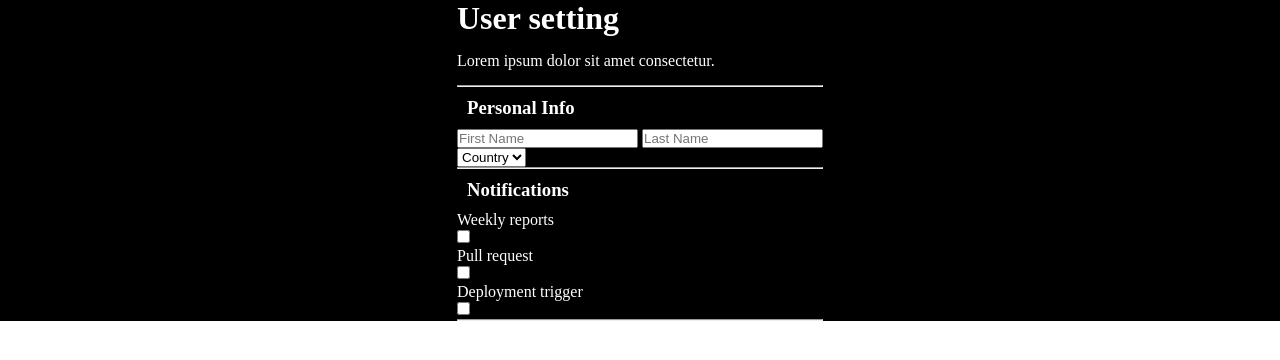
Repository: imokha01/DOM
Page: index.html
An editor plug-in stored every save of this project. The page is shown before and after the next save, followed by the edit.
The browser window is 1280 px wide. The pictures show the whole page.

Above is the page before, as saved 2023-12-19 17:19:10.

After the next save:
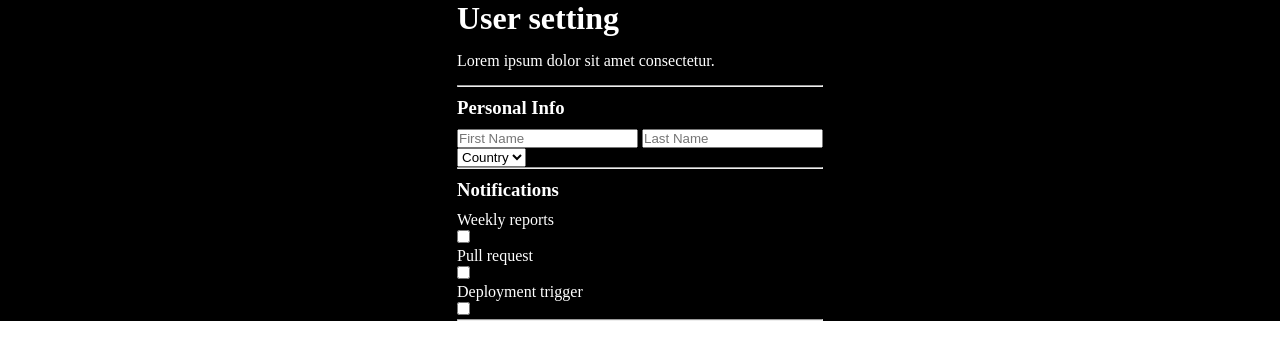
Saved 9 s later.
--- a/index.css
+++ b/index.css
@@ -22,7 +22,7 @@ form {
 }
 
 h3 {
-    margin: 10px;
+    margin: 10px 0;
 
 }
 
